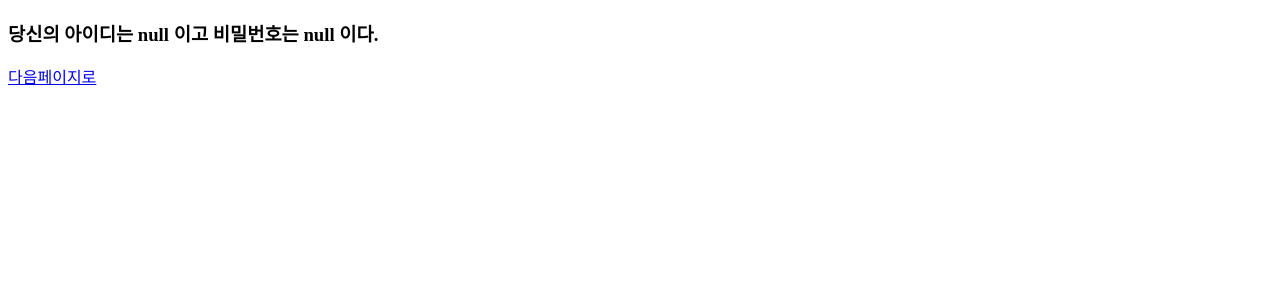
Repository: kkj68106810-dot/jsp2026
Page: http://localhost/chapter01/Request/RequestForward.jsp
These files come from the project's save history. The page is drawn as it stood at one moment and after the next save; the edit follows.
The browser window is 1280 px wide. The pictures show the whole page.
The page is served by Tomcat 9.

Above is the page before, as saved 2026-10-19 06:19:07.

### chapter01/src/main/webapp/Request/RequestForward.jsp
<%@ page language="java" contentType="text/html; charset=UTF-8"
    pageEncoding="UTF-8" import="java.util.*" %>
<!DOCTYPE html>
<html>
<head>
<meta charset="UTF-8">
<title>Insert title here</title>
</head>
<body>
	<!--
		post방식으로 정보를 전달할때 한글의 깨짐 현상방지 코드
		자바코드를 작성할때는 스크립트 요소중 하나인 스크립트릿을 이용한다.
	 -->

	 <%
	 	request.setCharacterEncoding("utf-8");

	 	// request의 내장객체에 getParameter("name")메소드를
	 	// 이용하여 form에 입력한 정보를 꺼낼수 있다.
	 	// 단, request.getParameter("name")의 반환 데이터 형식은 strring이다.
	 	String id = request.getParameter("id");
	 	String pass = request.getParameter("pass");

	 %>
	 <h3>당신의 아이디는 <%=id %> 이고 비밀번호는 <%=pass %> 이다.</h3>
	 <!-- request객체의 실행범위는 다음 페이지까지임을 주의 하자
	 	  여기서 다음페이지 RequestLoginProc.jsp 페이지 이다.
	  -->
	 <a href="RequestForward.jsp">다음페이지로</a>


</body>
</html>

After the next save:
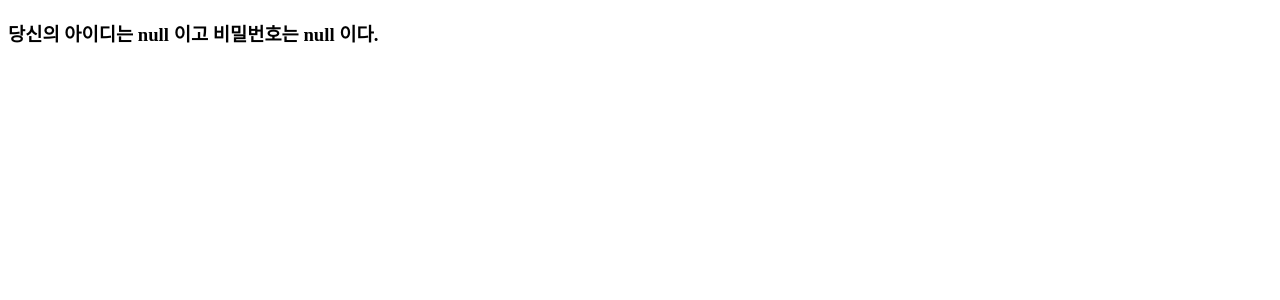
Saved 7 s later.
--- a/chapter01/src/main/webapp/Request/RequestForward.jsp
+++ b/chapter01/src/main/webapp/Request/RequestForward.jsp
@@ -26,7 +26,7 @@
 	 <!-- request객체의 실행범위는 다음 페이지까지임을 주의 하자
 	 	  여기서 다음페이지 RequestLoginProc.jsp 페이지 이다.
 	  -->
-	 <a href="RequestForward.jsp">다음페이지로</a>
+
 
 
 </body>
